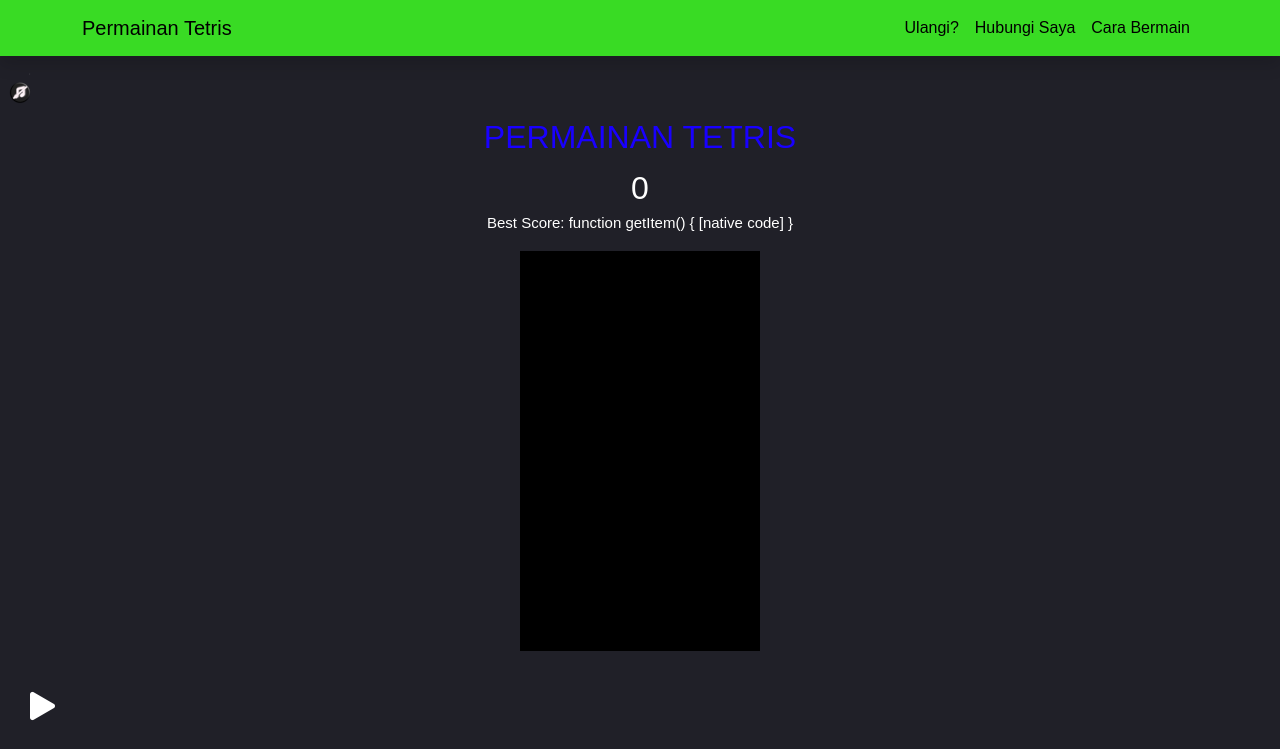
Repository: GwendiWisnuAnggoro/GwendiWisnuAnggoro.github.io
Page: Bahasa Indonesia/game/Tetris/tetris.html
An editor plug-in stored every save of this project. The page is shown before and after the next save, followed by the edit.
The browser window is 1280 px wide. The pictures show the whole page.

Above is the page before, as saved 2023-02-07 19:45:46.
Console error: TypeError: Cannot read properties of null (reading 'forEach')

After the next save:
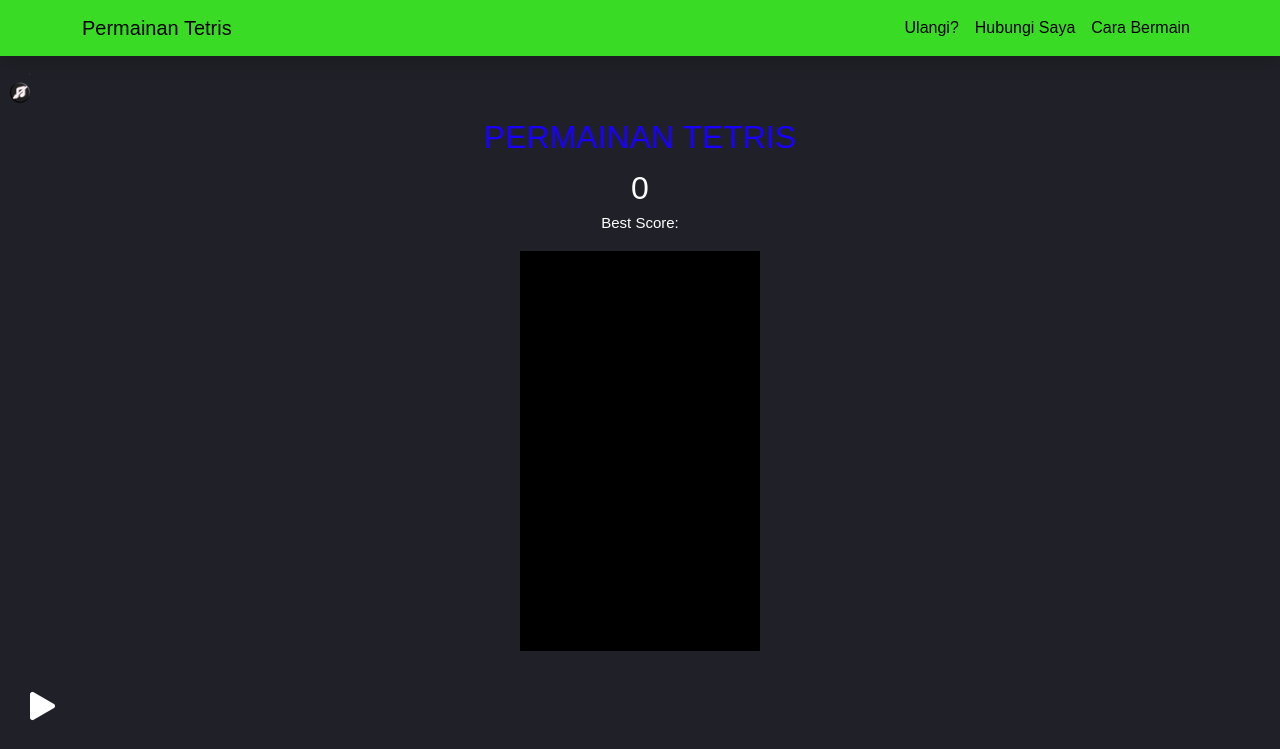
Saved 4 s later.
--- a/Bahasa Indonesia/game/Tetris/tetris.js
+++ b/Bahasa Indonesia/game/Tetris/tetris.js
@@ -362,7 +362,7 @@ function SistemBestScore(score){
         localStorage.setItem("Best2", score)
     }
 }
-Best_Score.innerText = localStorage.getItem
+Best_Score.innerText = localStorage.getItem("Best2")
 
 document.getElementById("Mulai").addEventListener("click", ()=>{
     playerReset();
